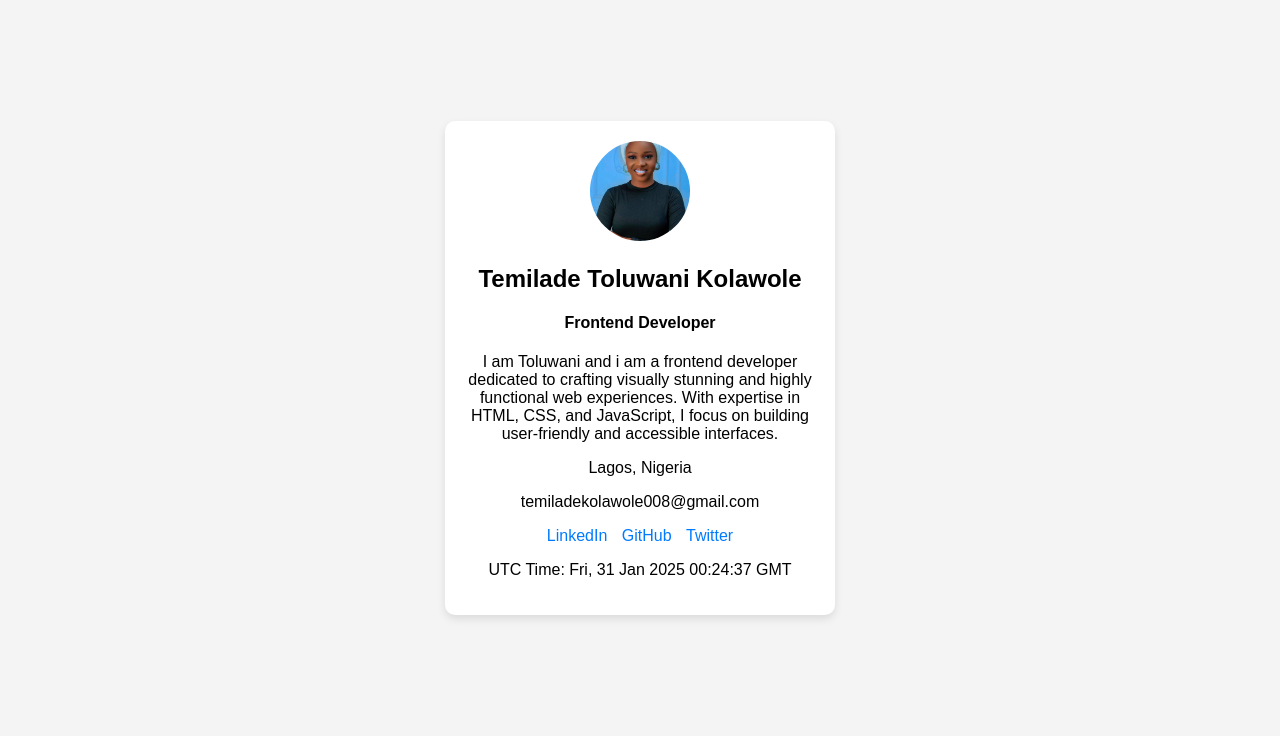
Repository: KolawoleTemilade/ticket-guarantor
Page: profilecard/index..html
The author's editor kept a copy of each file at every save. The page is drawn from the files as they stood at one save, then again after a run of saves.
The browser window is 1280 px wide. The pictures show the whole page.

Above is the page before, as saved 2025-01-31 00:45:17.

After the next 3 saves:
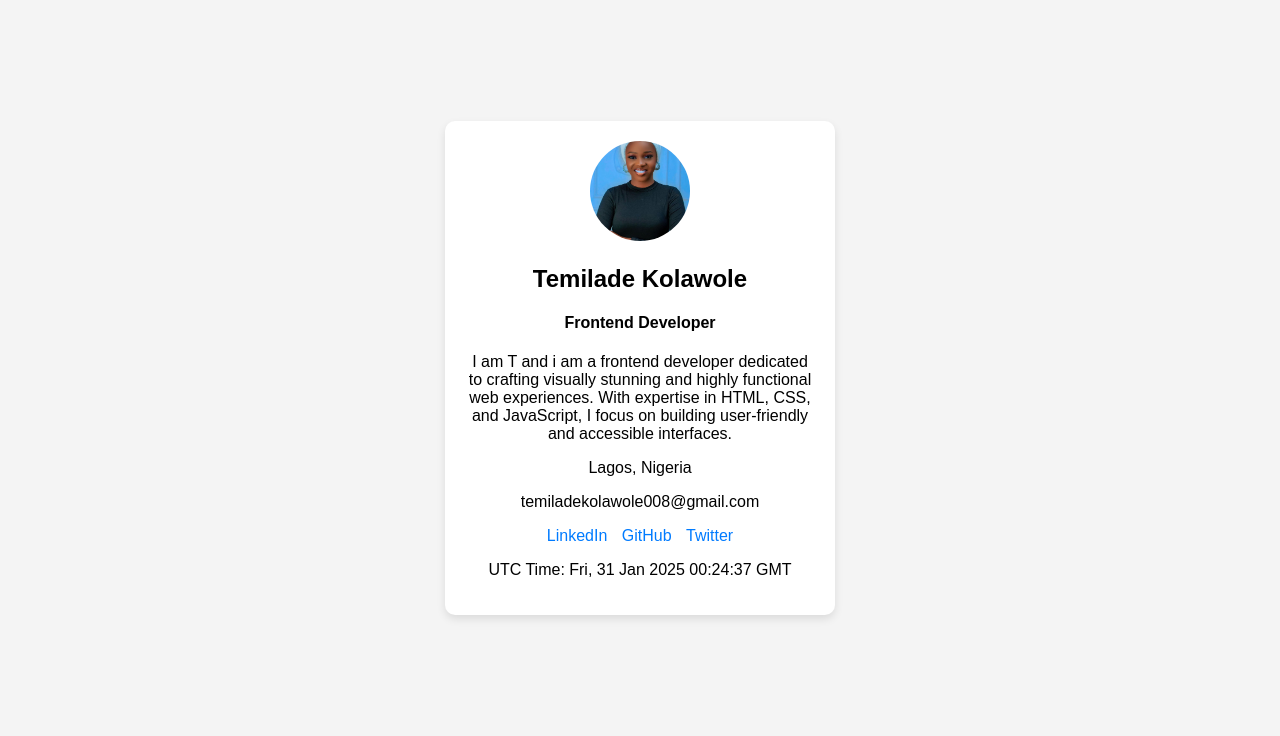
The 3 saves are shown as one change because they came seconds apart.
The last was saved 49 s later.
--- a/profilecard/index..html
+++ b/profilecard/index..html
@@ -9,9 +9,9 @@
 <body>
     <div class="card">
         <img src="./asset/profile.jpg" alt="Profile Picture" data-testid="profilePicture">
-        <h2 data-testid="fullName">Temilade Toluwani Kolawole</h2>
+        <h2 data-testid="fullName">Temilade Kolawole</h2>
         <h4 data-testid="jobTitle">Frontend Developer</h4>
-        <p data-testid="shortBio"> I am Toluwani and i am a frontend developer dedicated to crafting visually stunning and highly functional web experiences. With expertise in HTML, CSS, and JavaScript, I focus on building user-friendly and accessible interfaces.</p>
+        <p data-testid="shortBio"> I am T and i am a frontend developer dedicated to crafting visually stunning and highly functional web experiences. With expertise in HTML, CSS, and JavaScript, I focus on building user-friendly and accessible interfaces.</p>
         <p data-testid="currentLocation">Lagos, Nigeria</p>
         <p data-testid="emailAddress">temiladekolawole008@gmail.com</p>
         <div class="social-links" data-testid="socialLinks">
